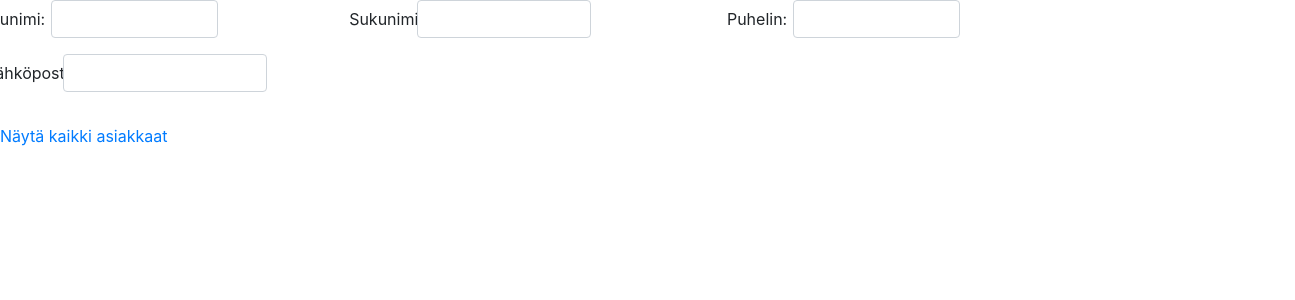
Repository: sarastu5/javaohjelmointi
Page: http://localhost/AsiakkaatWeb/lisaaasiakas.jsp
These files come from the project's save history. The page is drawn as it stood at one moment and after the next save; the edit follows.
The browser window is 1280 px wide. The page is 1295 px wide, so the pictures cover 1295 px, including what lies to the right of the window. The pictures show the whole page.
Some web libraries are served in a nearby version. The page is served by Tomcat 9. The session is filled in as if someone had signed in: {"kayttaja": 1}.

Above is the page before, as saved 2018-05-04 18:41:52.

After the next save:
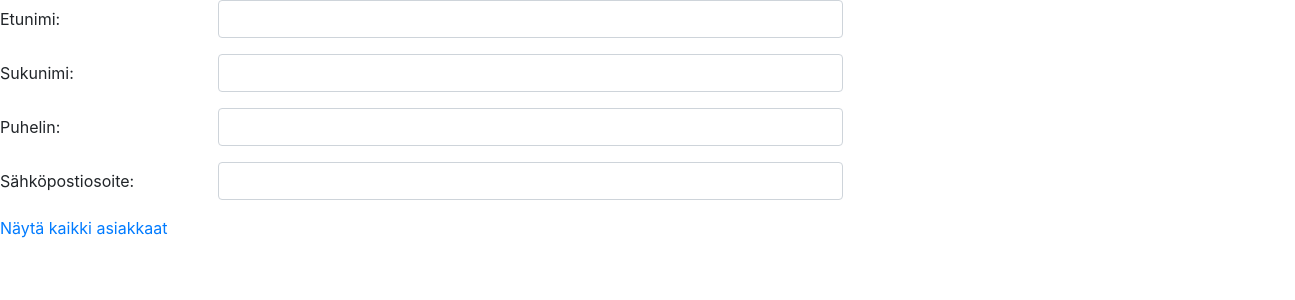
Saved 84 s later.
--- a/Java EE/AsiakkaatWeb/WebContent/lisaaasiakas.jsp
+++ b/Java EE/AsiakkaatWeb/WebContent/lisaaasiakas.jsp
@@ -13,7 +13,7 @@
 <body>
 	<div id="error"></div>
 
-	<form class="form-group row" action="LisaaAsiakas" method="post" name="lisaaLomake" onsubmit="return validateForm()" id="lisaaLomake">
+	<form action="LisaaAsiakas" method="post" name="lisaaLomake" onsubmit="return validateForm()" id="lisaaLomake">
 		<div class="form-group row">
 	   		<label for="etunimi" class="col-sm-2 col-form-label">Etunimi:</label>
 	    	<div class="col-sm-6">
